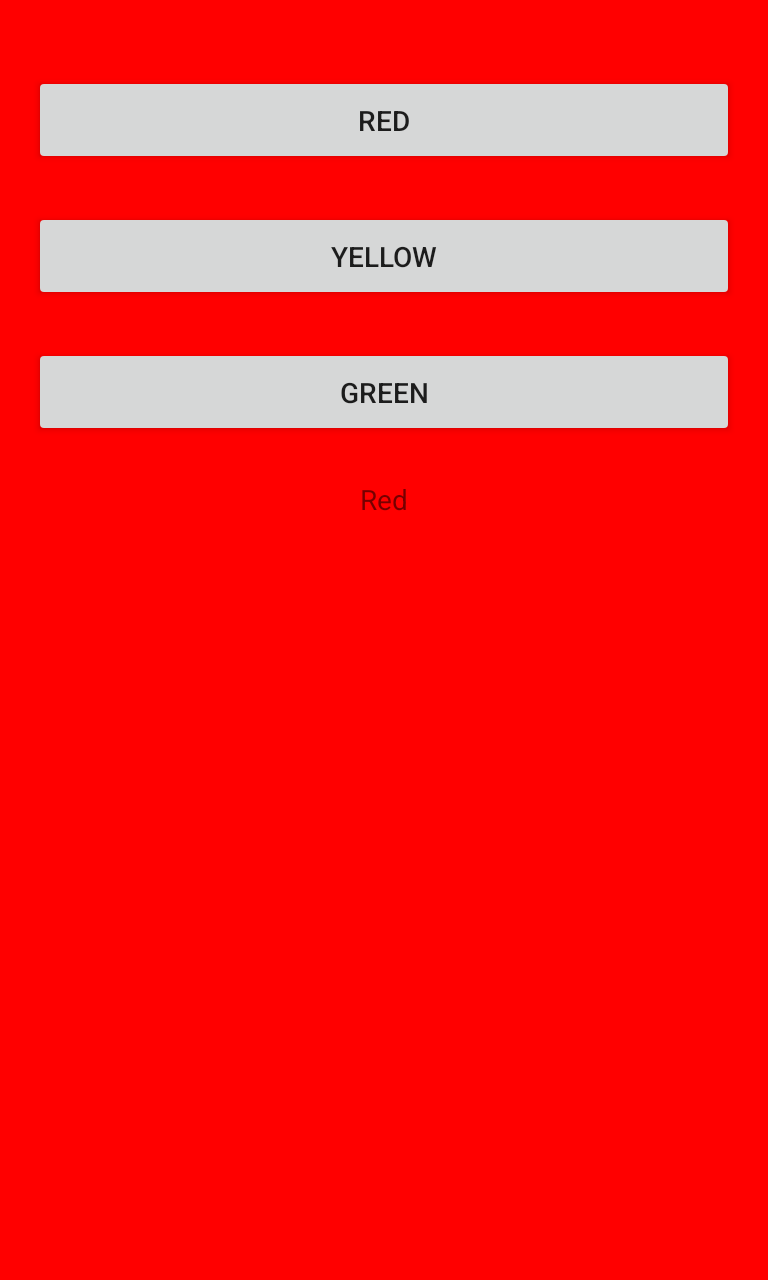
Repository: PosashkovDima/Traffic-light
Layout: Example4/res/layout/fragment_main.xml
The author's editor kept a copy of each file at every save. The layout is drawn from the files as they stood at one save, then again after the next save.
It is drawn on a 768 x 1280 px phone screen (xhdpi) without system bars, with theme AppTheme; the app's code is not run.

Above is the layout before, as saved 2014-03-30 08:49:51.

### Example4/res/layout/fragment_main.xml
<RelativeLayout xmlns:android="http://schemas.android.com/apk/res/android"
    android:id="@+id/relativeLayout"
    xmlns:tools="http://schemas.android.com/tools"
    android:layout_width="match_parent"
    android:layout_height="match_parent"
    android:background="@color/redColor"
    android:paddingBottom="@dimen/activity_vertical_margin"
    android:paddingLeft="@dimen/activity_horizontal_margin"
    android:paddingRight="@dimen/activity_horizontal_margin"
    android:paddingTop="@dimen/activity_vertical_margin"
    tools:context="com.example.example4.MainActivity$PlaceholderFragment" >

    <Button
        android:id="@+id/buttonRed"
        android:layout_width="match_parent"
        android:layout_height="wrap_content"
        android:layout_alignParentLeft="true"
        android:layout_alignParentTop="true"
        android:layout_marginTop="20dp"
        android:onClick="butRedClicked"
        android:text="@string/red" />

    <Button
        android:id="@+id/buttonYellow"
        android:layout_width="match_parent"
        android:layout_height="wrap_content"
        android:layout_alignParentLeft="true"
        android:layout_below="@id/buttonRed"
        android:layout_marginTop="20dp"
        android:onClick="butYellowClicked"
        android:text="@string/yellow" />

    <Button
        android:id="@+id/buttonGreen"
        android:layout_width="match_parent"
        android:layout_height="wrap_content"
        android:layout_alignParentLeft="true"
        android:layout_below="@id/buttonYellow"
        android:layout_marginTop="20dp"
        android:onClick="butGreenClicked"
        android:text="@string/green" />

    <TextView
        android:id="@+id/textViewColor"
        android:layout_width="wrap_content"
        android:layout_height="wrap_content"
        android:layout_centerHorizontal="true"
        android:layout_below="@id/buttonGreen"
        android:layout_marginTop="20dp"
        android:text="@string/red" />

</RelativeLayout>

### Example4/res/values/strings.xml
<?xml version="1.0" encoding="utf-8"?>
<resources>

    <string name="app_name">Example 4</string>
    <string name="hello_world">Hello world!</string>
    <string name="action_settings">Settings</string>
    <string name="red">Red</string>
    <string name="yellow">Yellow</string>
    <string name="green">Green</string>

    <color name="redColor">#FFFF0000 </color>
    <color name="yellowColor">#FFFF00 </color>
    <color name="greenColor">#FF00FF00 </color>

</resources>

Loaded but not shown: Example4/res/values/styles.xml (common file); Example4/res/values-v11/styles.xml (common file); Example4/res/values-v14/styles.xml (common file); Example4/res/values/dimens.xml (common file); Example4/res/values-w820dp/dimens.xml (common file)

After the next save:
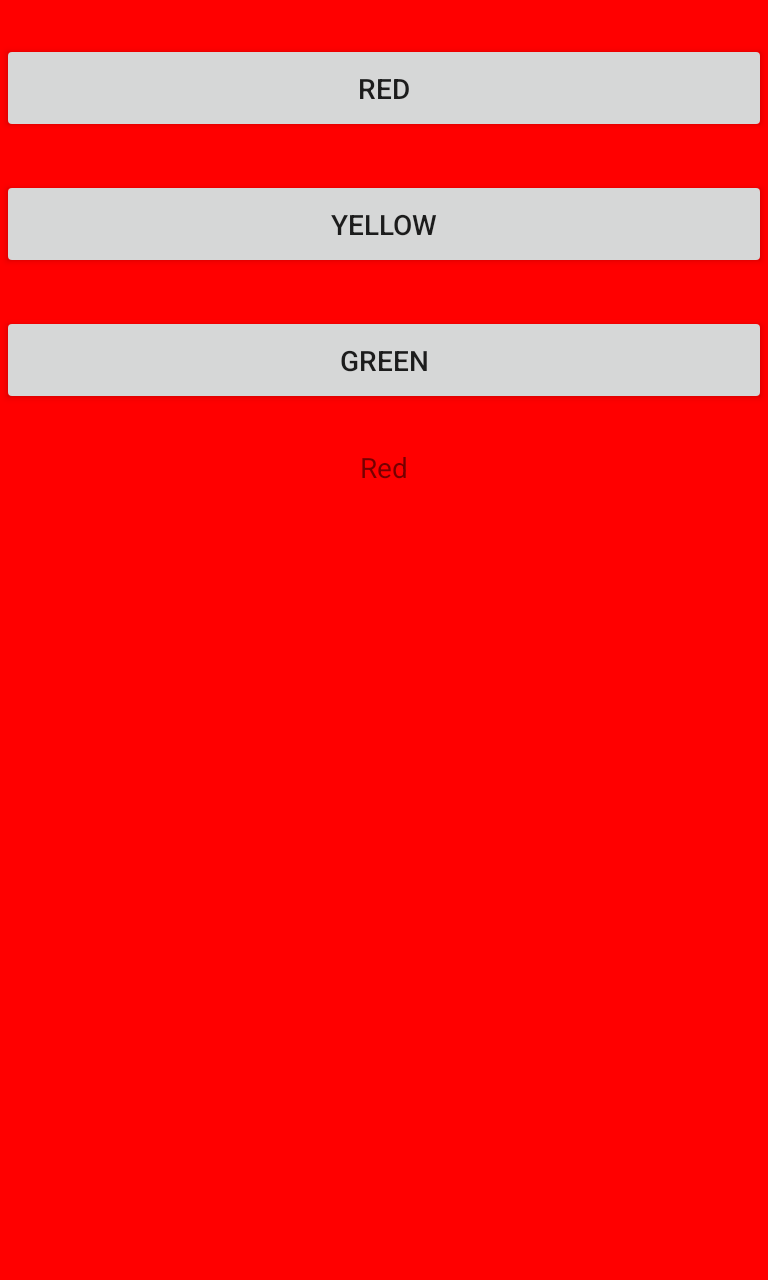
Saved 104 s later.
--- a/Example4/res/layout/fragment_main.xml
+++ b/Example4/res/layout/fragment_main.xml
@@ -1,14 +1,9 @@
 <RelativeLayout xmlns:android="http://schemas.android.com/apk/res/android"
+    xmlns:tools="http://schemas.android.com/tools"
     android:id="@+id/relativeLayout"
-    xmlns:tools="http://schemas.android.com/tools"
     android:layout_width="match_parent"
     android:layout_height="match_parent"
-    android:background="@color/redColor"
-    android:paddingBottom="@dimen/activity_vertical_margin"
-    android:paddingLeft="@dimen/activity_horizontal_margin"
-    android:paddingRight="@dimen/activity_horizontal_margin"
-    android:paddingTop="@dimen/activity_vertical_margin"
-    tools:context="com.example.example4.MainActivity$PlaceholderFragment" >
+    android:background="@color/redColor" >
 
     <Button
         android:id="@+id/buttonRed"
@@ -44,8 +39,8 @@
         android:id="@+id/textViewColor"
         android:layout_width="wrap_content"
         android:layout_height="wrap_content"
+        android:layout_below="@id/buttonGreen"
         android:layout_centerHorizontal="true"
-        android:layout_below="@id/buttonGreen"
         android:layout_marginTop="20dp"
         android:text="@string/red" />
 
